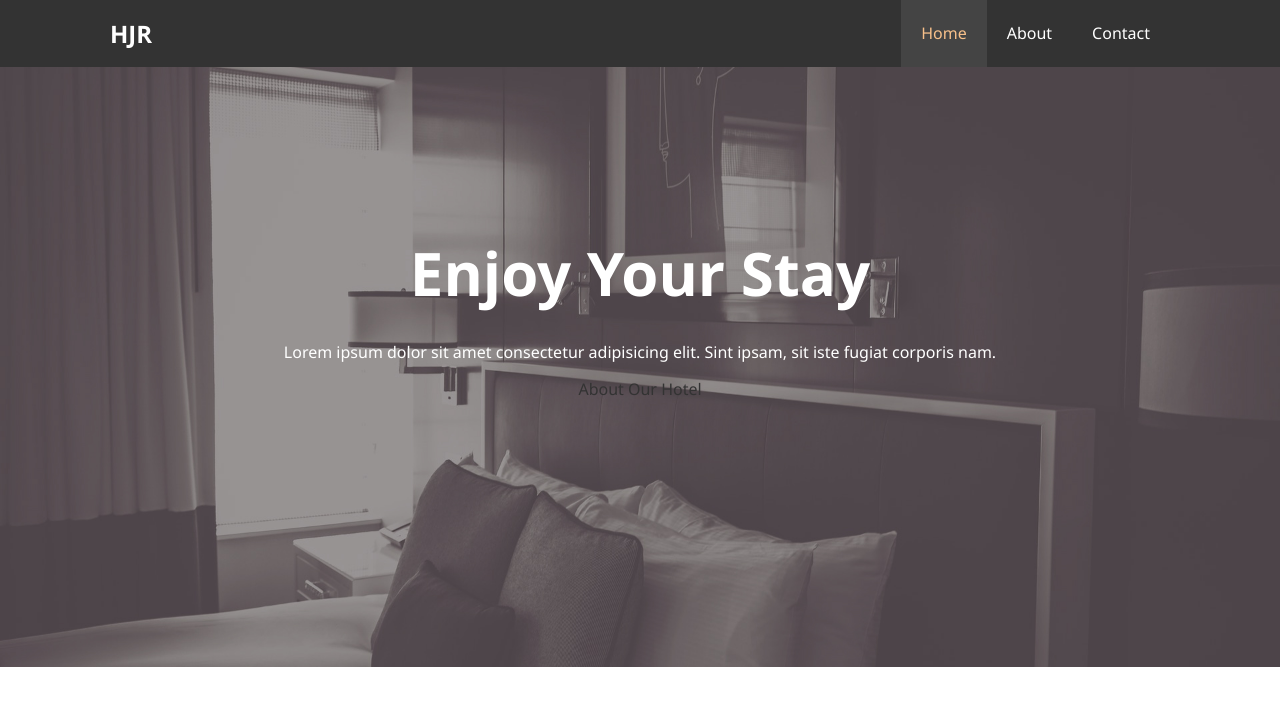
Repository: dimlutine/Hotel-Project
Page: index.html
These files come from the project's save history. The page is drawn as it stood at one moment and after the next save; the edit follows.
The browser window is 1280 px wide. The pictures show the whole page.

Above is the page before, as saved 2019-07-05 21:52:23.

After the next save:
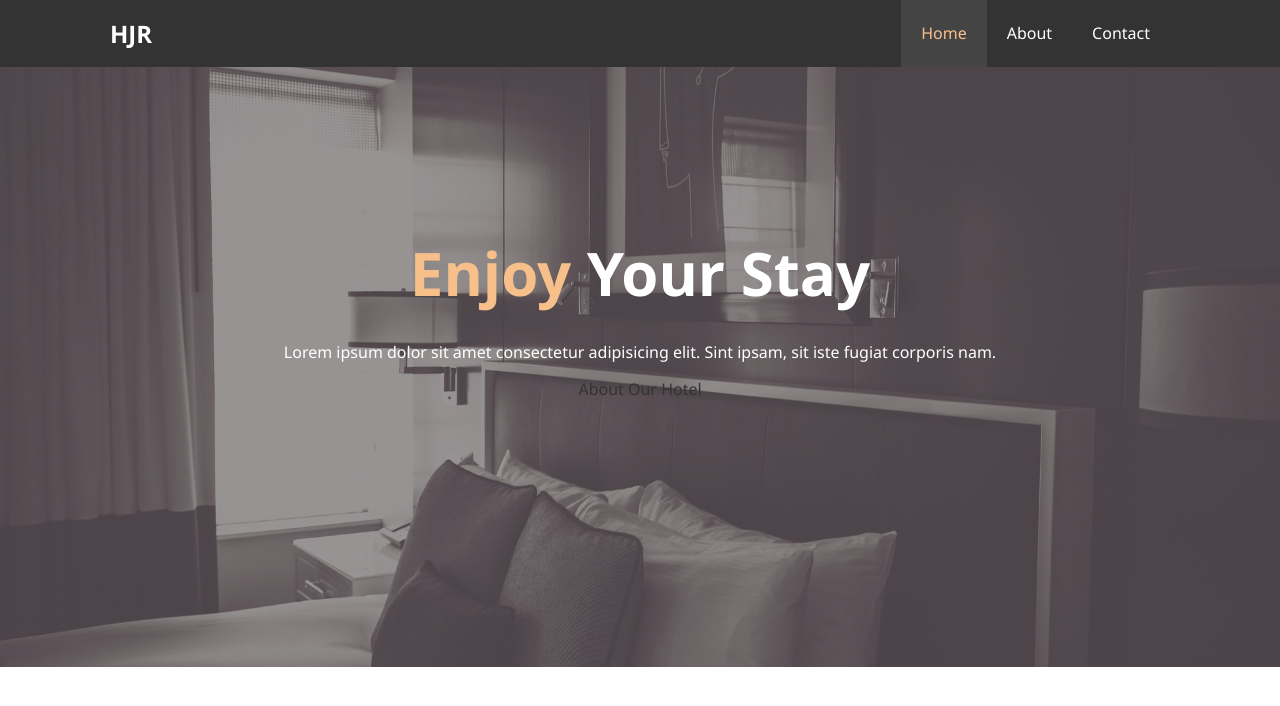
Saved 42 s later.
--- a/css/style.css
+++ b/css/style.css
@@ -30,6 +30,10 @@ p {
     max-width: 1100px;
     overflow: auto;
     padding: 0 20px;
+}
+
+.text-primary {
+    color: #f7c08a;
 }
 
 #navbar {
